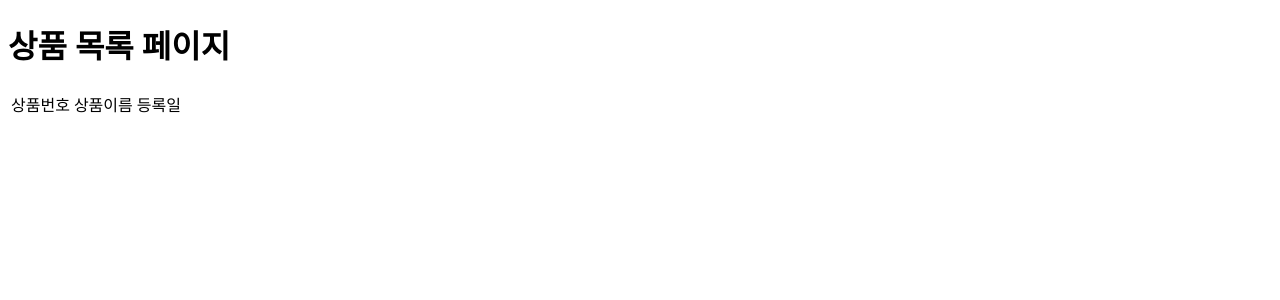
Repository: yangone8249/jsp_project
Page: http://localhost/jsp_study/list.jsp
These files come from the project's save history. The page is drawn as it stood at one moment and after the next save; the edit follows.
The browser window is 1280 px wide. The pictures show the whole page.
The page is served by Tomcat 9. Other server files are loaded and not shown.

Above is the page before, as saved 2023-05-11 03:22:12.

### jsp_project1/jsp_study/src/main/webapp/list.jsp
<%@ page language="java" contentType="text/html; charset=UTF-8"
    pageEncoding="UTF-8"%>
<!DOCTYPE html>
<html>
<head>
<meta charset="UTF-8">
<title>상품 목록</title>
</head>
<body>
	<h1>상품 목록 페이지</h1>

	<table>
		<tr>
			<td>상품번호</td>
			<td>상품이름</td>
			<td>등록일</td>
		</tr>
	</table>
</body>
</html>

After the next save:
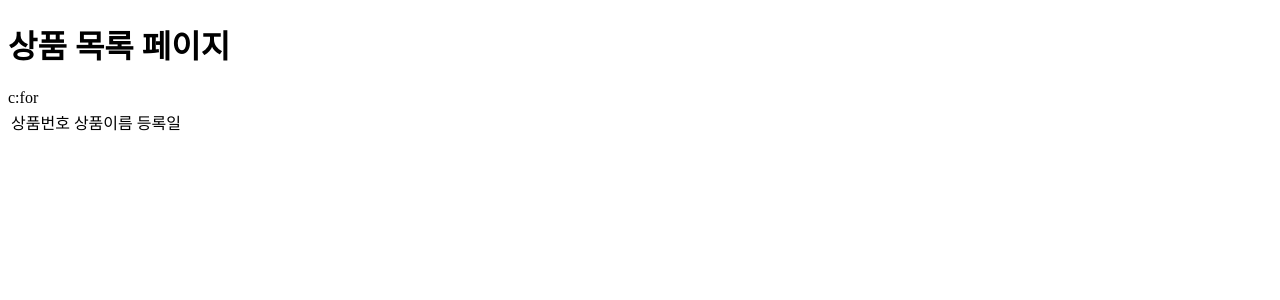
Saved 58 s later.
--- a/jsp_project1/jsp_study/src/main/webapp/list.jsp
+++ b/jsp_project1/jsp_study/src/main/webapp/list.jsp
@@ -1,5 +1,6 @@
 <%@ page language="java" contentType="text/html; charset=UTF-8"
     pageEncoding="UTF-8"%>
+<%@ taglib prefix="c" uri="http://java.sun.com/jsp/jstl/core" %>
 <!DOCTYPE html>
 <html>
 <head>
@@ -15,6 +16,7 @@
 			<td>상품이름</td>
 			<td>등록일</td>
 		</tr>
+		c:for
 	</table>
 </body>
 </html>
